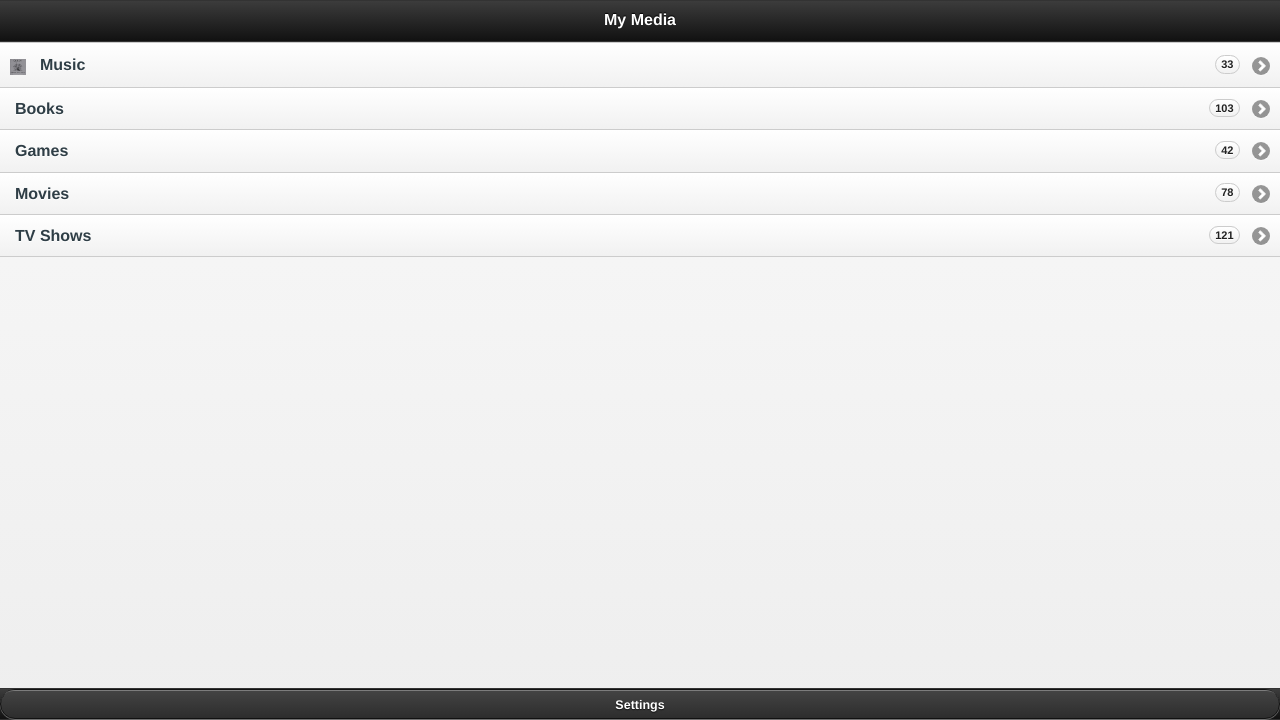
Repository: shavo0915/MediaCollectionApp
Page: MediaCollectionApp/assets/www/index.html
These files come from the project's save history. The page is drawn as it stood at one moment and after the next save; the edit follows.
The browser window is 1280 px wide. The pictures show the whole page.

Above is the page before, as saved 2013-01-30 23:40:51.

After the next save:
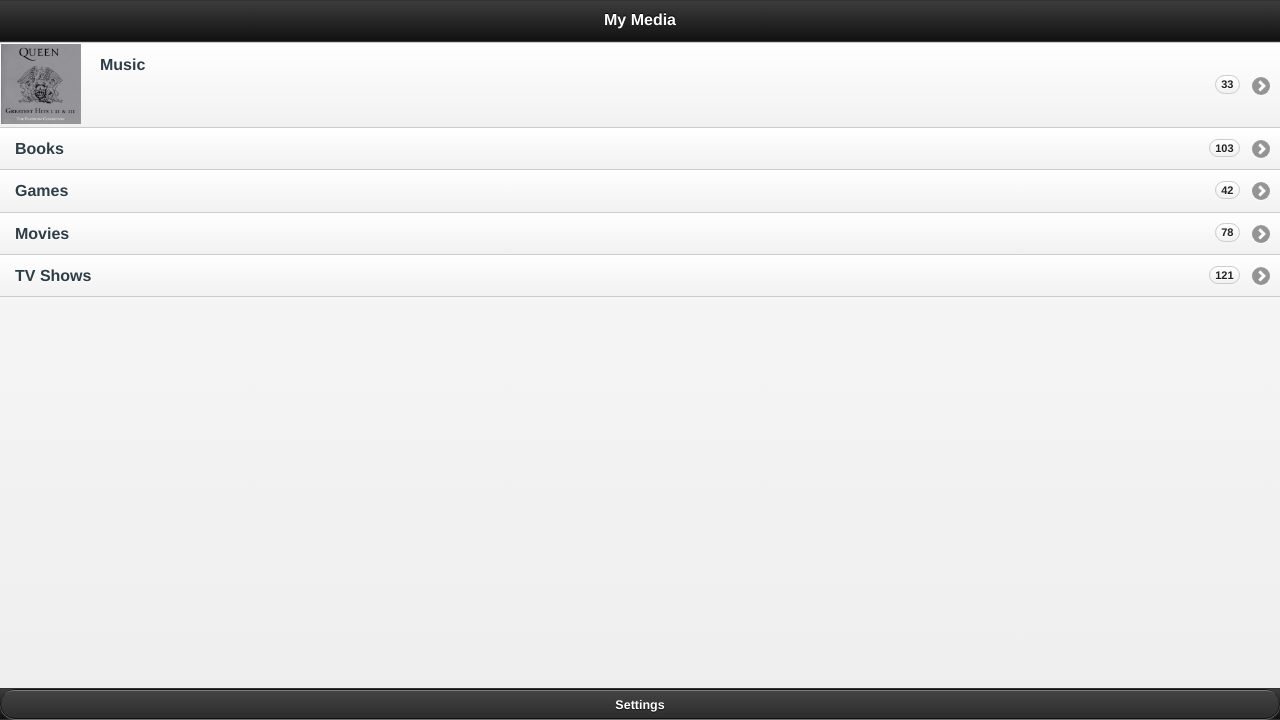
Saved 40 s later.
--- a/MediaCollectionApp/assets/www/index.html
+++ b/MediaCollectionApp/assets/www/index.html
@@ -18,7 +18,7 @@
 		<ul data-role="listview">
 			<li>
 				<a href="">
-					<img class="ui-li-icon" src="img\Queen.jpg">
+					<img src="img\Queen.jpg">
 					Music
 					<span class="ui-li-count">33</span>
 				</a>
